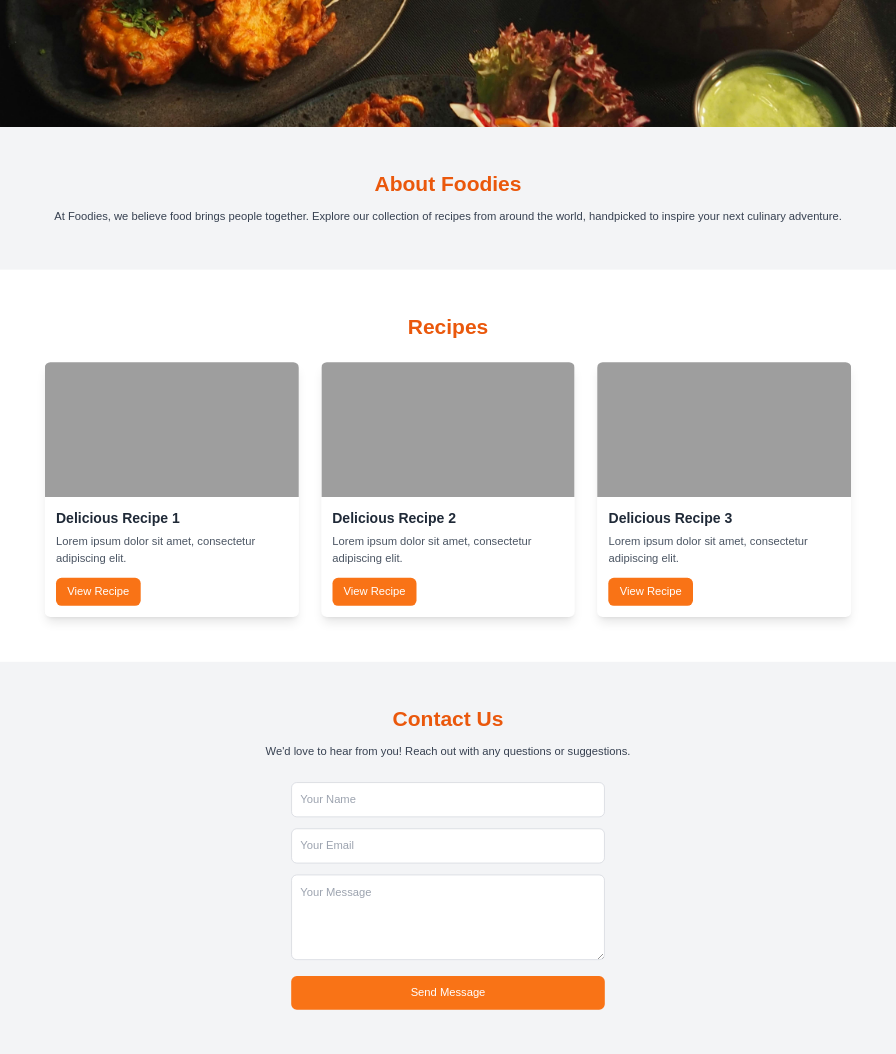
Repository: Ademaulana100499/foodies
Page: /Main
These files come from the project's save history. The page is drawn as it stood at one moment and after the next save; the edit follows.
The browser window is 1280 px wide. The pictures show the part of the page from y = 539 to 2459 px (the page is 2045 px tall before and 2585 px after), at 70% of full size.
Pictures or frames that could not be fetched are drawn as grey boxes. The project was rebuilt for these pictures with package versions that can differ from the ones it lists, and the page was loaded fresh each time. The framework's server and built-in components were replaced by stand-ins that run in the browser. Also part of the build but not shown: next.config.ts.

Above is the page before, as saved 2025-01-09 13:15:37.

### src/pages/_document.tsx
import { Html, Head, Main, NextScript } from "next/document";

export default function Document() {
  return (
    <Html lang="en" className="scroll-smooth">
      <Head />
      <body className="antialiased">
        <Main />
        <NextScript />
      </body>
    </Html>
  );
}

### src/pages/Main/index.tsx
import React from "react";
const MainPage = () => {
  return (
    <div>
      {/* Hero Section */}
      <section
        id="home"
        style={{ backgroundImage: "url('/assets/food-home.jpg')" }}
        className="bg-cover bg-center h-screen flex items-center justify-center"
      >
        <div className="text-center text-white bg-black bg-opacity-50 p-8 rounded-lg">
          <h1 className="text-4xl md:text-6xl font-bold">Welcome to Foodies</h1>
          <p className="mt-4 text-lg md:text-xl">
            Discover delicious recipes and culinary inspiration.
          </p>
          <a
            href="#recipes"
            className="mt-6 inline-block bg-orange-500 text-white px-6 py-3 rounded-lg text-lg font-semibold hover:bg-orange-600 transition duration-300"
          >
            Explore Recipes
          </a>
        </div>
      </section>

      {/* About Section */}
      <section
        id="about"
        className="bg-gray-100 py-16 px-8 md:px-16 text-center"
      >
        <h2 className="text-3xl font-bold text-orange-600">About Foodies</h2>
        <p className="mt-4 text-gray-700">
          At Foodies, we believe food brings people together. Explore our
          collection of recipes from around the world, handpicked to inspire
          your next culinary adventure.
        </p>
      </section>

      {/* Recipes Section */}
      <section id="recipes" className="py-16 px-8 md:px-16 bg-white">
        <h2 className="text-3xl font-bold text-center text-orange-600">
          Recipes
        </h2>
        <div className="grid grid-cols-1 md:grid-cols-3 gap-8 mt-8">
          {/* Recipe Card */}
          {[1, 2, 3].map((_, index) => (
            <div
              key={index}
              className="bg-white rounded-lg shadow-lg overflow-hidden hover:shadow-xl transform hover:scale-105 transition-transform duration-500"
            >
              <img
                src={`https://source.unsplash.com/400x300/?food&sig=${index}`}
                alt="Recipe"
                className="w-full h-48 object-cover"
              />
              <div className="p-4">
                <h3 className="text-xl font-semibold text-gray-800">
                  Delicious Recipe {index + 1}
                </h3>
                <p className="text-gray-600 mt-2">
                  Lorem ipsum dolor sit amet, consectetur adipiscing elit.
                </p>
                <a
                  href="#"
                  className="inline-block mt-4 bg-orange-500 text-white px-4 py-2 rounded-lg hover:bg-orange-600 transition duration-300"
                >
                  View Recipe
                </a>
              </div>
            </div>
          ))}
        </div>
      </section>

      {/* Contact Section */}
      <section
        id="contact"
        className="bg-gray-100 py-16 px-8 md:px-16 text-center"
      >
        <h2 className="text-3xl font-bold text-orange-600">Contact Us</h2>
        <p className="mt-4 text-gray-700">
          We'd love to hear from you! Reach out with any questions or
          suggestions.
        </p>
        <form className="mt-8 max-w-md mx-auto">
          <input
            type="text"
            placeholder="Your Name"
            className="w-full p-3 mb-4 border border-gray-300 rounded-lg focus:outline-none focus:ring-2 focus:ring-orange-500"
          />
          <input
            type="email"
            placeholder="Your Email"
            className="w-full p-3 mb-4 border border-gray-300 rounded-lg focus:outline-none focus:ring-2 focus:ring-orange-500"
          />
          <textarea
            placeholder="Your Message"
            rows="4"
            className="w-full p-3 mb-4 border border-gray-300 rounded-lg focus:outline-none focus:ring-2 focus:ring-orange-500"
          ></textarea>
          <button
            type="submit"
            className="w-full bg-orange-500 text-white py-3 rounded-lg hover:bg-orange-600 transition duration-300"
          >
            Send Message
          </button>
        </form>
      </section>
    </div>
  );
};

export default MainPage;

Loaded but not shown: src/pages/_app.tsx (common file); src/styles/globals.css (common file); tailwind.config.ts (common file)

After the next save:
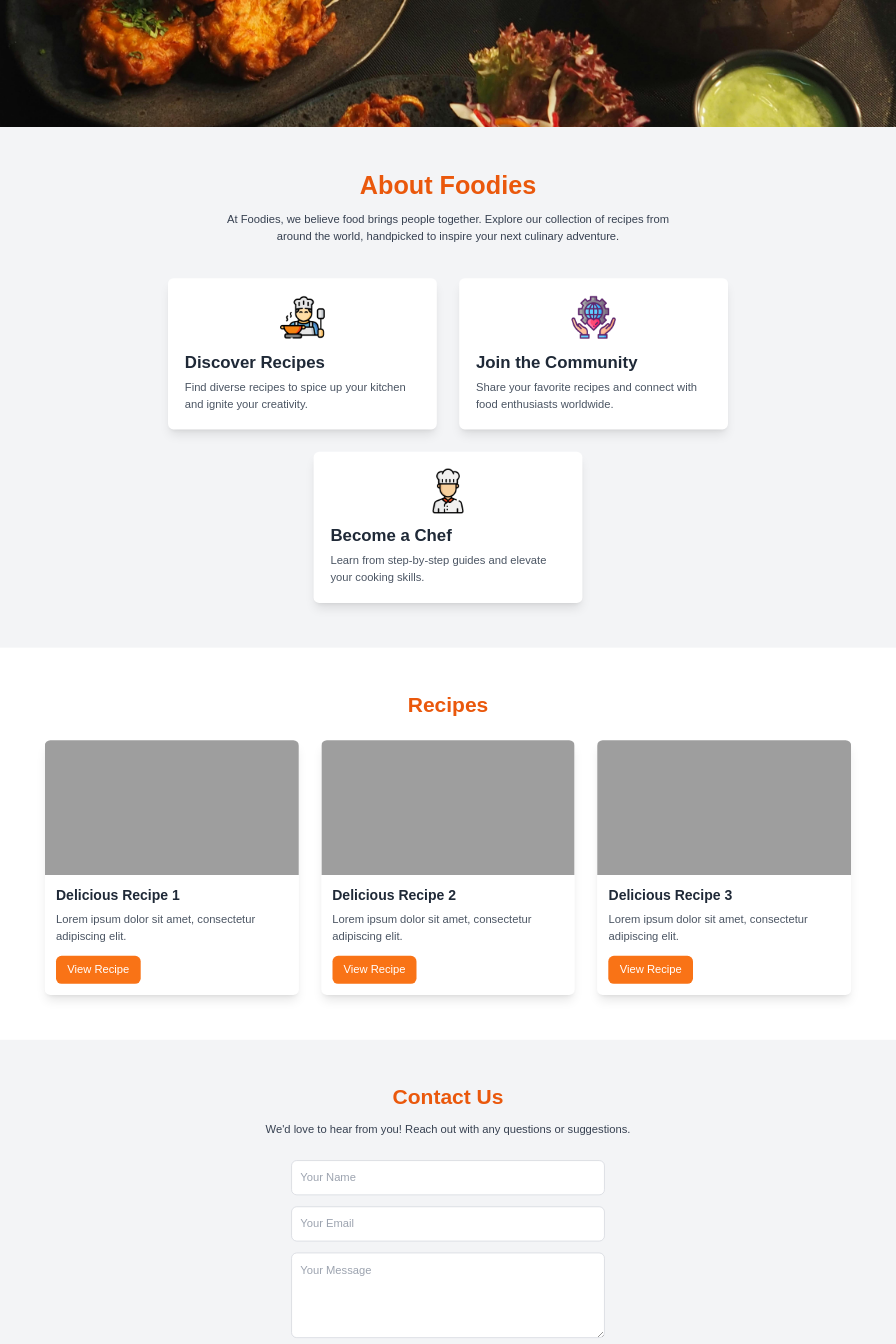
Saved 2 min 52 s later.
--- a/src/pages/Main/index.tsx
+++ b/src/pages/Main/index.tsx
@@ -2,7 +2,6 @@ import React from "react";
 const MainPage = () => {
   return (
     <div>
-      {/* Hero Section */}
       <section
         id="home"
         style={{ backgroundImage: "url('/assets/food-home.jpg')" }}
@@ -21,18 +20,64 @@ const MainPage = () => {
           </a>
         </div>
       </section>
-
-      {/* About Section */}
-      <section
-        id="about"
-        className="bg-gray-100 py-16 px-8 md:px-16 text-center"
-      >
-        <h2 className="text-3xl font-bold text-orange-600">About Foodies</h2>
-        <p className="mt-4 text-gray-700">
-          At Foodies, we believe food brings people together. Explore our
-          collection of recipes from around the world, handpicked to inspire
-          your next culinary adventure.
-        </p>
+      <section id="about" className="bg-gray-100 py-16 px-8 md:px-16">
+        <div className="text-center mb-12">
+          <h2 className="text-4xl font-bold text-orange-600">About Foodies</h2>
+          <p className="mt-4 text-gray-700 max-w-2xl mx-auto">
+            At Foodies, we believe food brings people together. Explore our
+            collection of recipes from around the world, handpicked to inspire
+            your next culinary adventure.
+          </p>
+        </div>
+        <div className="flex flex-wrap justify-center gap-8">
+          <div className="bg-white p-6 rounded-lg shadow-lg max-w-sm w-full transform hover:scale-105 transition-transform duration-300">
+            <div className="flex justify-center mb-4">
+              <img
+                src="/assets/cooking-icon.png"
+                alt="Cooking Icon"
+                className="w-16 h-16"
+              />
+            </div>
+            <h3 className="text-2xl font-semibold text-gray-800">
+              Discover Recipes
+            </h3>
+            <p className="mt-2 text-gray-600">
+              Find diverse recipes to spice up your kitchen and ignite your
+              creativity.
+            </p>
+          </div>
+          <div className="bg-white p-6 rounded-lg shadow-lg max-w-sm w-full transform hover:scale-105 transition-transform duration-300">
+            <div className="flex justify-center mb-4">
+              <img
+                src="/assets/community-icon.png"
+                alt="Community Icon"
+                className="w-16 h-16"
+              />
+            </div>
+            <h3 className="text-2xl font-semibold text-gray-800">
+              Join the Community
+            </h3>
+            <p className="mt-2 text-gray-600">
+              Share your favorite recipes and connect with food enthusiasts
+              worldwide.
+            </p>
+          </div>
+          <div className="bg-white p-6 rounded-lg shadow-lg max-w-sm w-full transform hover:scale-105 transition-transform duration-300">
+            <div className="flex justify-center mb-4">
+              <img
+                src="/assets/chef-hat-icon.png"
+                alt="Chef Hat Icon"
+                className="w-16 h-16"
+              />
+            </div>
+            <h3 className="text-2xl font-semibold text-gray-800">
+              Become a Chef
+            </h3>
+            <p className="mt-2 text-gray-600">
+              Learn from step-by-step guides and elevate your cooking skills.
+            </p>
+          </div>
+        </div>
       </section>
 
       {/* Recipes Section */}
